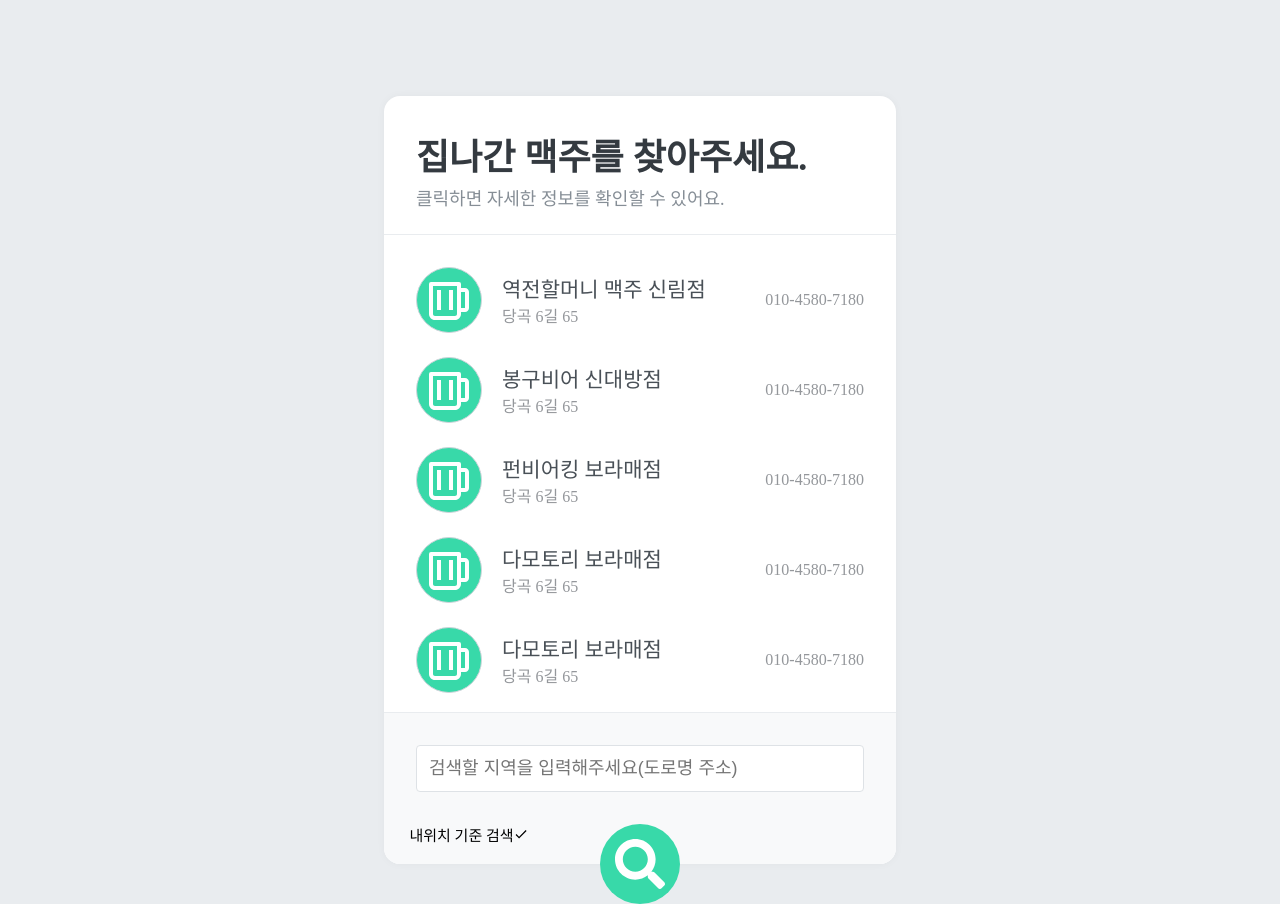
Repository: THE-SOPT-WEB/kimNamjun
Page: / (app in week4/bring-my-beer/)
The author's editor kept a copy of each file at every save. The page is drawn from the files as they stood at one save, then again after the next save.
The browser window is 1280 px wide. The pictures show the whole page.
An inner scrolling area shows only its first screen. The project was rebuilt for these pictures with package versions that can differ from the ones it lists, and the page was loaded fresh each time.

Above is the page before, as saved 2022-05-13 02:10:03.

### week4/bring-my-beer/public/index.html
<!DOCTYPE html>
<html lang="en">
  <head>
    <meta charset="utf-8" />
    <link rel="icon" href="%PUBLIC_URL%/favicon.ico" />
    <meta name="viewport" content="width=device-width, initial-scale=1" />
    <meta name="theme-color" content="#000000" />
    <meta
      name="description"
      content="Web site created using create-react-app"
    />
    <link rel="apple-touch-icon" href="%PUBLIC_URL%/logo192.png" />
    <!--
      manifest.json provides metadata used when your web app is installed on a
      user's mobile device or desktop. See https://developers.google.com/web/fundamentals/web-app-manifest/
    -->
    <link rel="manifest" href="%PUBLIC_URL%/manifest.json" />
    <!--
      Notice the use of %PUBLIC_URL% in the tags above.
      It will be replaced with the URL of the `public` folder during the build.
      Only files inside the `public` folder can be referenced from the HTML.

      Unlike "/favicon.ico" or "favicon.ico", "%PUBLIC_URL%/favicon.ico" will
      work correctly both with client-side routing and a non-root public URL.
      Learn how to configure a non-root public URL by running `npm run build`.
    -->
    <title>우리동네 맥주집</title>
  </head>
  <body>
    <noscript>You need to enable JavaScript to run this app.</noscript>
    <div id="root"></div>
    <!--
      This HTML file is a template.
      If you open it directly in the browser, you will see an empty page.

      You can add webfonts, meta tags, or analytics to this file.
      The build step will place the bundled scripts into the <body> tag.

      To begin the development, run `npm start` or `yarn start`.
      To create a production bundle, use `npm run build` or `yarn build`.
    -->
  </body>
</html>

### week4/bring-my-beer/src/App.js
import React from 'react';
import { createGlobalStyle } from 'styled-components';
import Template from './components/Template';
import Header from './components/Header';
import List from './components/List';
import Search from './components/Search';

const GlobalStyle = createGlobalStyle`
  body {
    background: #e9ecef;
  }
`;

function App() {
  return (
    <>
      <GlobalStyle />
      <Template>
        <Header />
        <List />
        <Search />
      </Template>
    </>
  );
}

export default App;

### week4/bring-my-beer/src/components/Template.jsx
import React from 'react';
import styled from 'styled-components';

const TemplateBlock = styled.div`
  width: 512px;
  height: 768px;

  position: relative;
  background: white;
  border-radius: 16px;
  box-shadow: 0 0 8px 0 rgba(0, 0, 0, 0.04);

  margin: 0 auto;

  margin-top: 96px;
  margin-bottom: 32px;
  display: flex;
  flex-direction: column;
`;

function Template({ children }) {
  return <TemplateBlock>{children}</TemplateBlock>;
}

export default Template;

### week4/bring-my-beer/src/components/Header.jsx
import React from 'react';
import styled from 'styled-components';

const HeaderBlock = styled.div`
  padding: 32px 32px 24px 32px;
  border-bottom: 1px solid #e9ecef;
  h1 {
    margin: 0;
    font-size: 36px;
    color: #343a40;
  }
  .tip {
    margin-top: 4px;
    color: #868e96;
    font-size: 18px;
  }
`;

function Header() {
  return (
    <HeaderBlock>
      <h1>집나간 맥주를 찾아주세요. </h1>
      <div className="tip">클릭하면 자세한 정보를 확인할 수 있어요.</div>
    </HeaderBlock>
  );
}

export default Header;

### week4/bring-my-beer/src/components/List.jsx
import React from 'react';
import axios from "axios";
import Skeleton, { SkeletonTheme } from 'react-loading-skeleton'
import styled from 'styled-components';
import Item from './Item';

const ListBlock = styled.div`
  flex: 1;
  padding: 20px 32px;
  padding-bottom: 48px;
  overflow-y: auto;
`;

function List() {
  return (
    <ListBlock>
      <Item title="역전할머니 맥주 신림점" adress='당곡 6길 65' contact='010-4580-7180'/>
      <Item title="봉구비어 신대방점" adress='당곡 6길 65' contact='010-4580-7180'/>
      <Item title="펀비어킹 보라매점" adress='당곡 6길 65' contact='010-4580-7180'/>
      <Item title="다모토리 보라매점" adress='당곡 6길 65' contact='010-4580-7180'/>
      <Item title="다모토리 보라매점" adress='당곡 6길 65' contact='010-4580-7180'/>
      <Item title="다모토리 보라매점" adress='당곡 6길 65' contact='010-4580-7180'/>
      <Item title="다모토리 보라매점" adress='당곡 6길 65' contact='010-4580-7180'/>
      <Item title="다모토리 보라매점" adress='당곡 6길 65' contact='010-4580-7180'/>
      <Item title="다모토리 보라매점" adress='당곡 6길 65' contact='010-4580-7180'/>
      <Item title="다모토리 보라매점" adress='당곡 6길 65' contact='010-4580-7180'/>
      <Item title="다모토리 보라매점" adress='당곡 6길 65' contact='010-4580-7180'/>
      <Item title="다모토리 보라매점" adress='당곡 6길 65' contact='010-4580-7180'/>
      <Item title="다모토리 보라매점" adress='당곡 6길 65' contact='010-4580-7180'/>
      <Item title="다모토리 보라매점" adress='당곡 6길 65' contact='010-4580-7180'/>
      <Item title="다모토리 보라매점" adress='당곡 6길 65' contact='010-4580-7180'/>
      <Item title="다모토리 보라매점" adress='당곡 6길 65' contact='010-4580-7180'/>
    </ListBlock>
  );
}

export default List;

### week4/bring-my-beer/src/components/Search.jsx
import React from 'react';
import styled from 'styled-components';
import { FaSearch } from 'react-icons/fa';
import { MdDone } from 'react-icons/md';

const CircleButton = styled.button`
  background: #38d9a9;
  &:hover {
    background: #63e6be;
  }
  &:active {
    background: #20c997;
  }

  cursor: pointer;
  width: 80px;
  height: 80px;
  display: block;
  align-items: center;
  justify-content: center;
  font-size: 50px;
  position: absolute;
  left: 50%;
  bottom: 0px;
  transform: translate(-50%, 50%);
  color: white;
  border-radius: 50%;
  border: none;
  outline: none;
  display: flex;
  align-items: center;
  justify-content: center;
  transition: 0.125s all ease-in;

`;

const InsertFormPositioner = styled.div`
  width: 100%;
  bottom: 0;
  left: 0;
  position: absolute;
`;

const InsertForm = styled.form`
  background: #f8f9fa;
  padding: 32px 32px 72px 32px;
  border-bottom-left-radius: 16px;
  border-bottom-right-radius: 16px;
  border-top: 1px solid #e9ecef;
`;

const Input = styled.input`
  padding: 12px;
  border-radius: 4px;
  border: 1px solid #dee2e6;
  width: 100%;
  outline: none;
  font-size: 18px;
  box-sizing: border-box;
`;

const CheckBox = styled.div`
  display: block;
  align-items: center;
  justify-content: center;
  font-size: 15px;
  position: absolute;
  left: 85px;
  bottom: 30px;
  transform: translate(-50%, 50%);
  border-radius: 50%;
  border: none;
  outline: none;
  display: flex;
  align-items: center;
  justify-content: center;
  transition: 0.125s all ease-in;

`

function Search() {

  return (
    <>
        <InsertFormPositioner>
          <InsertForm>
            <Input autoFocus placeholder="검색할 지역을 입력해주세요(도로명 주소)" disabled='' />
          </InsertForm>
        </InsertFormPositioner>
      <CircleButton>
        <FaSearch/>
      </CircleButton>
      <CheckBox>
        <p> 내위치 기준 검색 </p>
        <MdDone/>
      </CheckBox>

    </>
  );
}

export default Search;

### week4/bring-my-beer/src/components/Item.jsx
import React from 'react';
import styled  from 'styled-components';
import { BiBeer } from 'react-icons/bi';

const Remove = styled.div`
  display: flex;
  align-items: center;
  justify-content: center;
  color: #dee2e6;
  font-size: 24px;
  cursor: pointer;
`;

const ItemBlock = styled.div`
  display: flex;
  align-items: center;
  padding-top: 12px;
  padding-bottom: 12px;
`;

const Icon = styled.div`
  width: 64px;
  height: 64px;
  border-radius: 50px;
  border: 1px solid #ced4da;
  font-size: 48px;
  display: flex;
  align-items: center;
  justify-content: center;
  margin-right: 20px;
  cursor: pointer;
  background-color: #38d9a9;
  color: #fff;
`;

const Title = styled.div`
  flex: 1;
  font-size: 21px;
  color: #495057;
`;

const Adress = styled.div`
  font-size: 16px;
  color: #94979b;
`

const  Contact = styled.div`
  font-size: 16px;
  color: #94979b;
`

function Item({ title,adress,contact }) {
  return (
    <ItemBlock>
      <Icon >
        <BiBeer />
      </Icon>
      <Title >{title}
        <Adress>{adress}</Adress>
      </Title>
      <Contact>{contact}</Contact>
    </ItemBlock>
  );
}

export default Item;

Loaded but not shown: week4/bring-my-beer/src/index.js (common file)

After the next save:
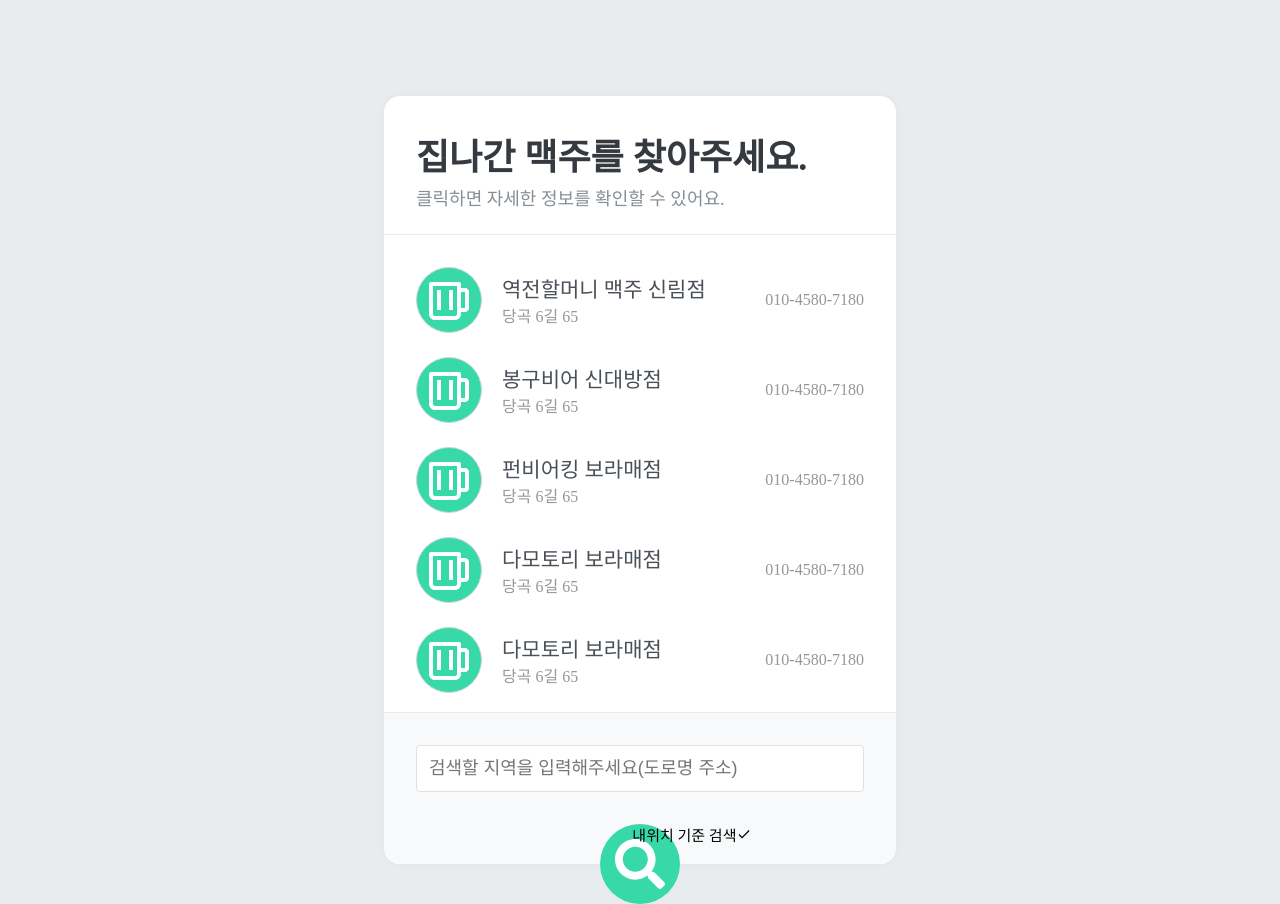
Saved 11 s later.
--- a/week4/bring-my-beer/src/components/Search.jsx
+++ b/week4/bring-my-beer/src/components/Search.jsx
@@ -65,7 +65,7 @@ const CheckBox = styled.div`
   justify-content: center;
   font-size: 15px;
   position: absolute;
-  left: 85px;
+  right: 85px;
   bottom: 30px;
   transform: translate(-50%, 50%);
   border-radius: 50%;
